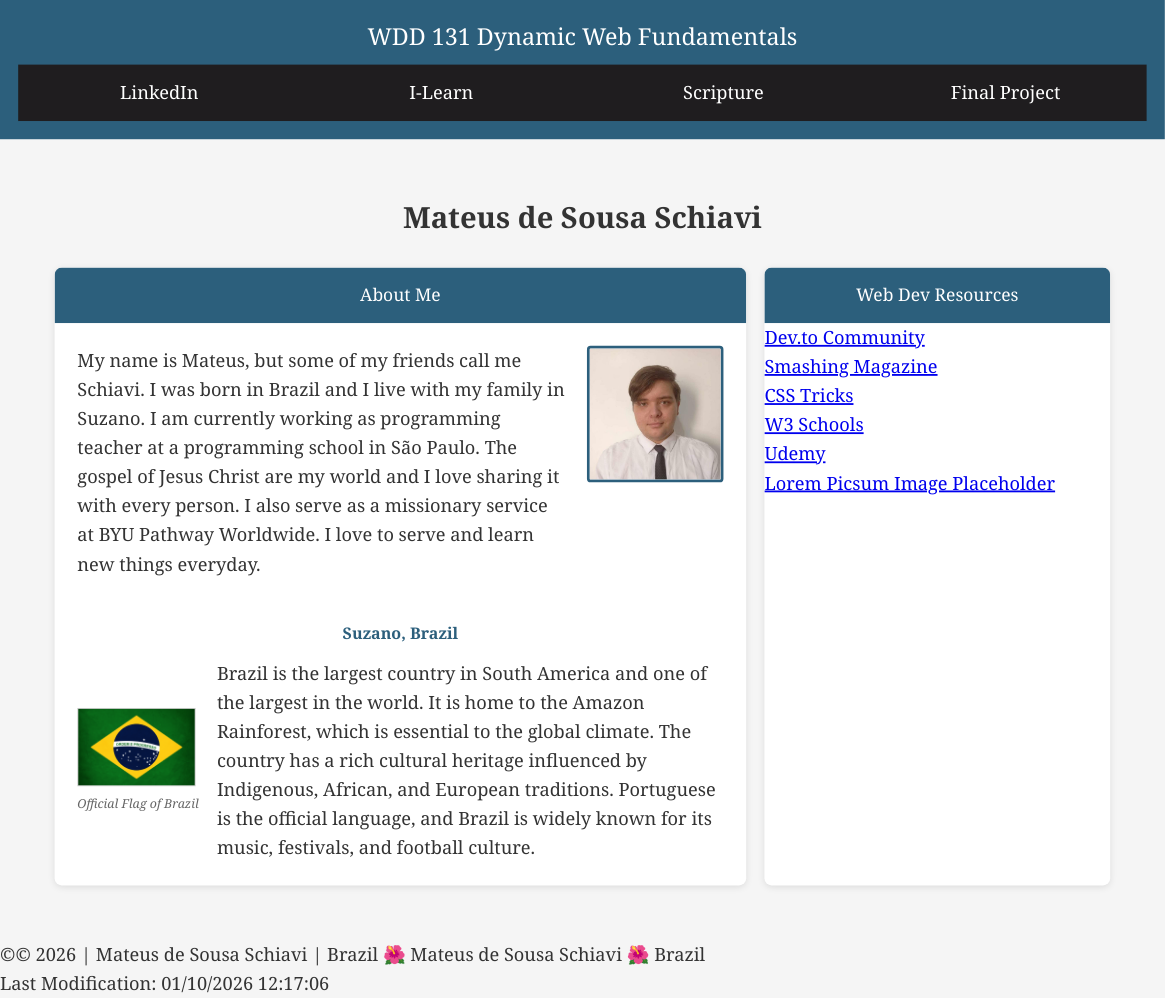
Repository: mateus-schiavi/wdd131
Page: index.html
The author's editor kept a copy of each file at every save. The page is drawn from the files as they stood at one save, then again after the next save.
The browser window is 1280 px wide. The pictures show the whole page, at 91% of full size.
Some web fonts or font styles are not loaded; a fallback is used.

Above is the page before, as saved 2026-01-10 18:20:53.

After the next save:
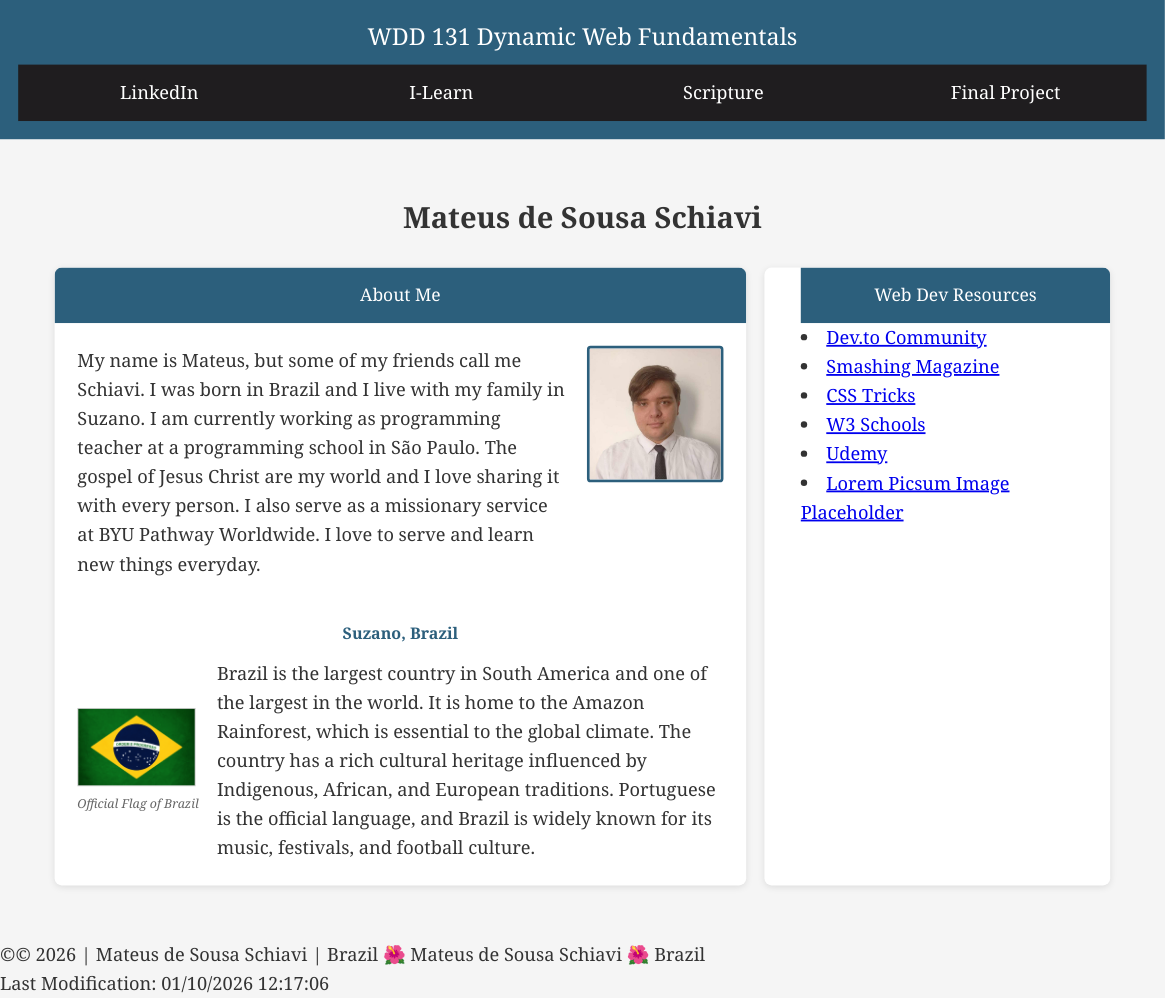
Saved 85 s later.
--- a/styles/base.css
+++ b/styles/base.css
@@ -152,3 +152,14 @@ main > h2 {
   font-style: italic;
   color: #666;
 }
+
+.country-content p {
+  flex: 1;
+  max-width: 65ch;
+  text-align: left;
+}
+
+.resources-card {
+  padding-left: 40px;
+  list-style-position: inside;
+}
